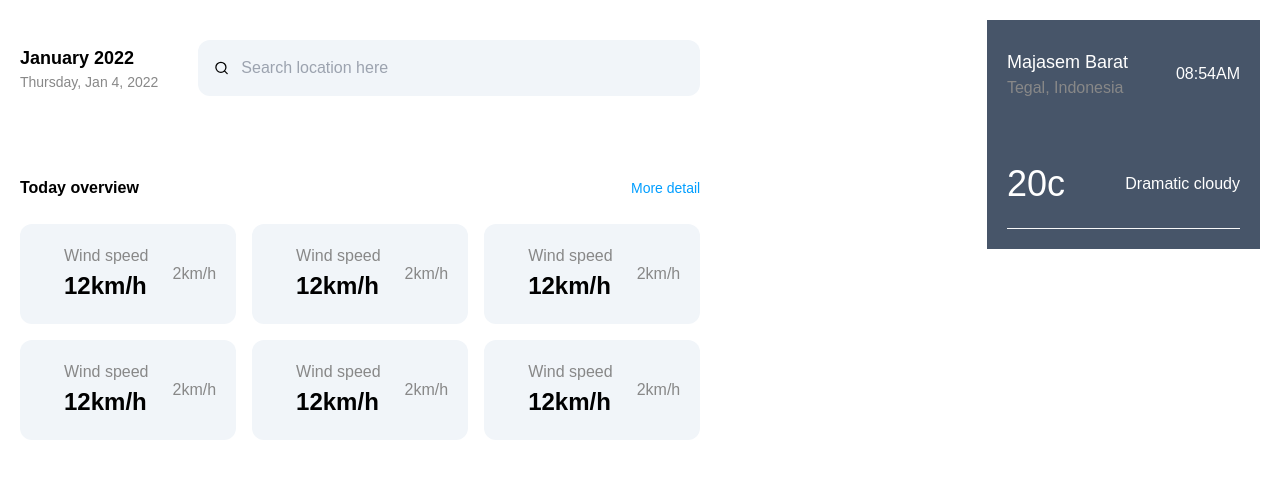
Repository: theweirdboiz/datawarehouse-ui
Page: /
These files come from the project's save history. The page is drawn as it stood at one moment and after the next save; the edit follows.
The browser window is 1280 px wide. The pictures show the whole page.
The project was rebuilt for these pictures with package versions that can differ from the ones it lists, and the page was loaded fresh each time. Also part of the build but not shown: vite.config.js.

Above is the page before, as saved 2022-11-23 16:44:57.

### index.html
<!DOCTYPE html>
<html lang="en">
  <head>
    <meta charset="UTF-8" />
    <link rel="icon" type="image/svg+xml" href="/vite.svg" />
    <meta name="viewport" content="width=device-width, initial-scale=1.0" />
    <title>Weather - Datawarehouse</title>
  </head>
  <body>
    <div id="root"></div>
    <script type="module" src="/src/main.jsx"></script>
  </body>
</html>

### src/App.jsx
import { useState } from "react";
import { FiSearch } from "react-icons/fi";

function App() {
  const date = "font-[900] text-lg";
  const detailDate = "text-sm text-[#888]";

  const contentTop = "mt-[20px] flex items-center gap-x-10 mb-20";
  const contentSearch =
    "content__search p-4 flex items-center gap-x-3 flex-1 rounded-xl bg-slate-100";

  return (
    <div className="container p-5 mx-auto">
      <div className="flex justify-between">
        <section className="content max-w-3xl">
          <div className={contentTop}>
            <div className="flex-col">
              <h3 className={date}>January 2022</h3>
              <div className={detailDate}>Thursday, Jan 4, 2022</div>
            </div>
            <div className={contentSearch}>
              <FiSearch />
              <input
                className="w-full bg-transparent"
                type="text"
                placeholder="Search location here"
              />
            </div>
          </div>
          <div className="content__detail">
            <div className="flex items-center justify-between">
              <h4 className="font-semibold">Today overview</h4>
              <div className="">
                <button className="text-sm font-medium text-[#009EFF]">
                  More detail
                </button>
              </div>
            </div>
            <div>
              <div className="content__detail-box grid grid-cols-3 gap-4 mt-6">
                <div className="content__detail-item p-5 flex items-center gap-x-6 bg-slate-100 rounded-xl">
                  <i></i>
                  <div className="speed flex flex-col">
                    <h4 className="text-[#888]">Wind speed</h4>
                    <span className="text-[24px] font-semibold">12km/h</span>
                  </div>
                  <span className="text-[#888]">2km/h</span>
                </div>
                <div className="content__detail-item p-5 flex items-center gap-x-6 bg-slate-100 rounded-xl">
                  <i></i>
                  <div className="speed flex flex-col">
                    <h4 className="text-[#888]">Wind speed</h4>
                    <span className="text-[24px] font-semibold">12km/h</span>
                  </div>
                  <span className="text-[#888]">2km/h</span>
                </div>
                <div className="content__detail-item p-5 flex items-center gap-x-6 bg-slate-100 rounded-xl">
                  <i></i>
                  <div className="speed flex flex-col">
                    <h4 className="text-[#888]">Wind speed</h4>
                    <span className="text-[24px] font-semibold">12km/h</span>
                  </div>
                  <span className="text-[#888]">2km/h</span>
                </div>
                <div className="content__detail-item p-5 flex items-center gap-x-6 bg-slate-100 rounded-xl">
                  <i></i>
                  <div className="speed flex flex-col">
                    <h4 className="text-[#888]">Wind speed</h4>
                    <span className="text-[24px] font-semibold">12km/h</span>
                  </div>
                  <span className="text-[#888]">2km/h</span>
                </div>
                <div className="content__detail-item p-5 flex items-center gap-x-6 bg-slate-100 rounded-xl">
                  <i></i>
                  <div className="speed flex flex-col">
                    <h4 className="text-[#888]">Wind speed</h4>
                    <span className="text-[24px] font-semibold">12km/h</span>
                  </div>
                  <span className="text-[#888]">2km/h</span>
                </div>
                <div className="content__detail-item p-5 flex items-center gap-x-6 bg-slate-100 rounded-xl">
                  <i></i>
                  <div className="speed flex flex-col">
                    <h4 className="text-[#888]">Wind speed</h4>
                    <span className="text-[24px] font-semibold">12km/h</span>
                  </div>
                  <span className="text-[#888]">2km/h</span>
                </div>
              </div>
            </div>
          </div>
        </section>
        <section className="content__right text-white">
          <div className="bg-slate-600 p-5">
            <div className="flex items-center gap-x-12 justify-between mt-2 mb-5 ">
              <div className="flex flex-col">
                <h3 className="text-lg">Majasem Barat</h3>
                <span className="text-[#888]">Tegal, Indonesia</span>
              </div>
              <h4>08:54AM</h4>
            </div>
            <div className="mt-16 flex justify-between items-center border-b-[1px] border-[#f8f8f8] pb-6">
              <div className="">
                <h2 className="text-4xl">20c</h2>
              </div>
              <h3>Dramatic cloudy</h3>
            </div>
          </div>
        </section>
      </div>
    </div>
  );
}

export default App;

### src/index.scss
@tailwind base;
@tailwind components;
@tailwind utilities;

@layer base {
  @import url("https://fonts.googleapis.com/css2?family=Poppins:wght@300;500;600;900&display=swap");

  *,
  *::before,
  *::after {
    box-sizing: border-box;
  }
  * {
    margin: 0;
    padding: 0;
  }
  body {
    line-height: 1.5;
    font-family: "Poppins", sans-serif;
  }
  img,
  picture,
  video,
  canvas,
  svg {
    display: block;
    max-width: 100%;
  }
  input,
  button,
  textarea,
  select {
    outline: none;
  }
  p,
  h1,
  h2,
  h3,
  h4,
  h5,
  h6 {
    overflow-wrap: break-word;
  }
}

Loaded but not shown: src/main.jsx (common file); tailwind.config.cjs (common file)

After the next save:
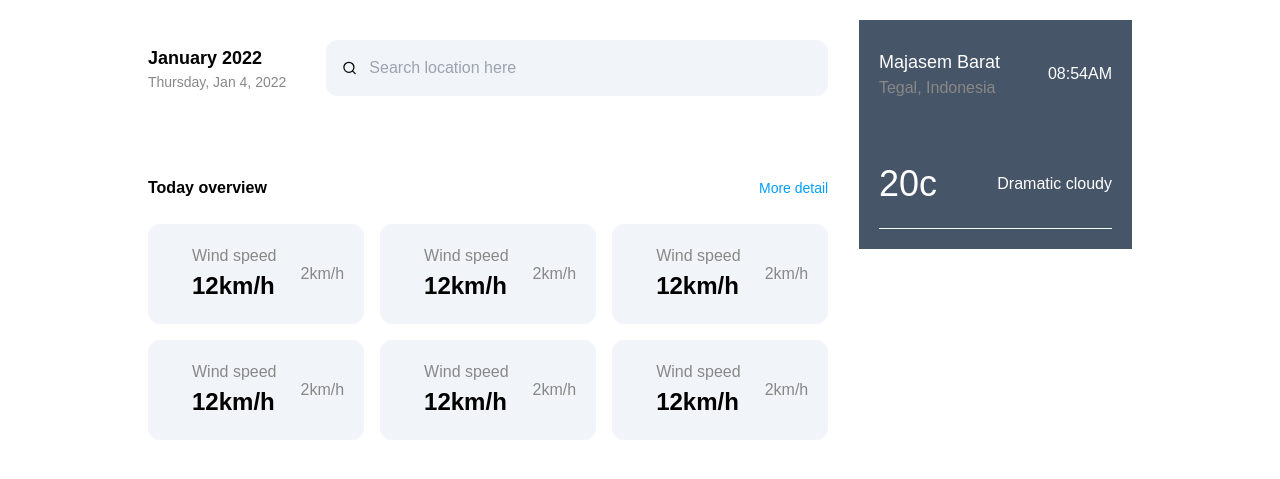
Saved 82 min 4 s later.
--- a/src/App.jsx
+++ b/src/App.jsx
@@ -10,7 +10,7 @@
     "content__search p-4 flex items-center gap-x-3 flex-1 rounded-xl bg-slate-100";
 
   return (
-    <div className="container p-5 mx-auto">
+    <div className="p-5 mx-auto max-w-5xl">
       <div className="flex justify-between">
         <section className="content max-w-3xl">
           <div className={contentTop}>

After the save that followed:
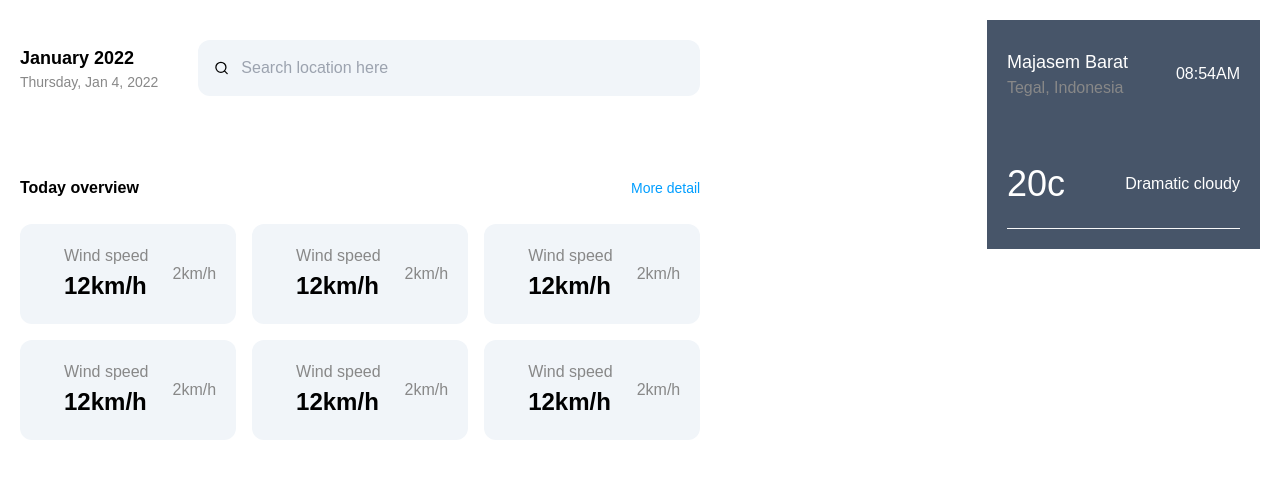
Saved 16 s later.
--- a/src/App.jsx
+++ b/src/App.jsx
@@ -10,7 +10,7 @@
     "content__search p-4 flex items-center gap-x-3 flex-1 rounded-xl bg-slate-100";
 
   return (
-    <div className="p-5 mx-auto max-w-5xl">
+    <div className="p-5 mx-auto max-w-7xl">
       <div className="flex justify-between">
         <section className="content max-w-3xl">
           <div className={contentTop}>
